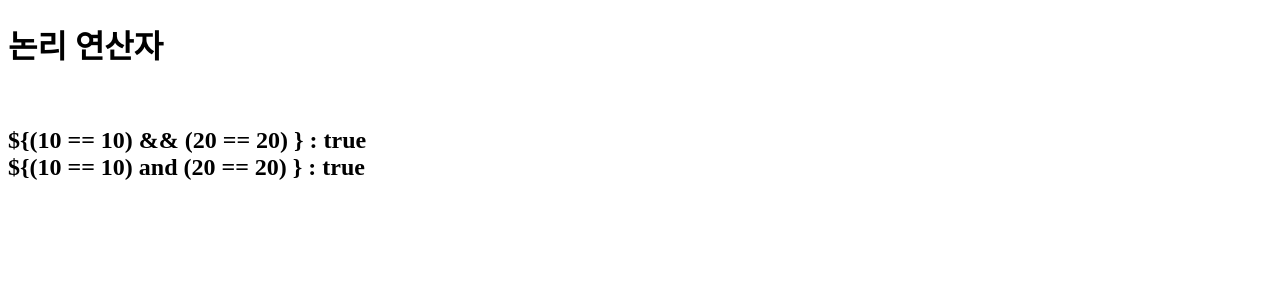
Repository: Jh1227/JSP
Page: http://localhost/12_EL/ex01_basic/ex04.jsp
The author's editor kept a copy of each file at every save. The page is drawn from the files as they stood at one save, then again after the next save.
The browser window is 1280 px wide. The pictures show the whole page.
The page is served by Tomcat 9.

Above is the page before, as saved 2023-04-06 04:17:09.

After the next save:
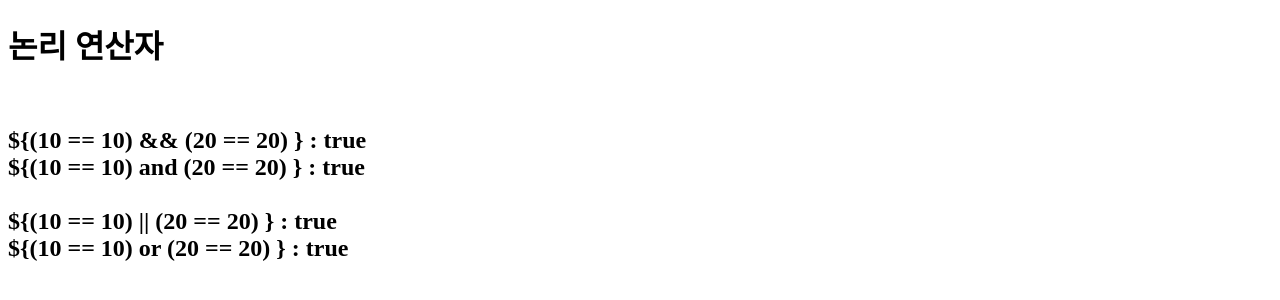
Saved 20 s later.
--- a/12_EL/src/main/webapp/ex01_basic/ex04.jsp
+++ b/12_EL/src/main/webapp/ex01_basic/ex04.jsp
@@ -15,6 +15,10 @@
 	<h2>
 		\${(10 == 10) && (20 == 20) } : ${(10 == 10) && (20 == 20) }<br>
 		\${(10 == 10) and (20 == 20) } : ${(10 == 10) and (20 == 20) }<br>
+		<br>
+		\${(10 == 10) || (20 == 20) } : ${(10 == 10) || (20 == 20) }<br>
+		\${(10 == 10) or (20 == 20) } : ${(10 == 10) or (20 == 20) }<br>
+		<br>
 	</h2>
 </body>
 </html>
